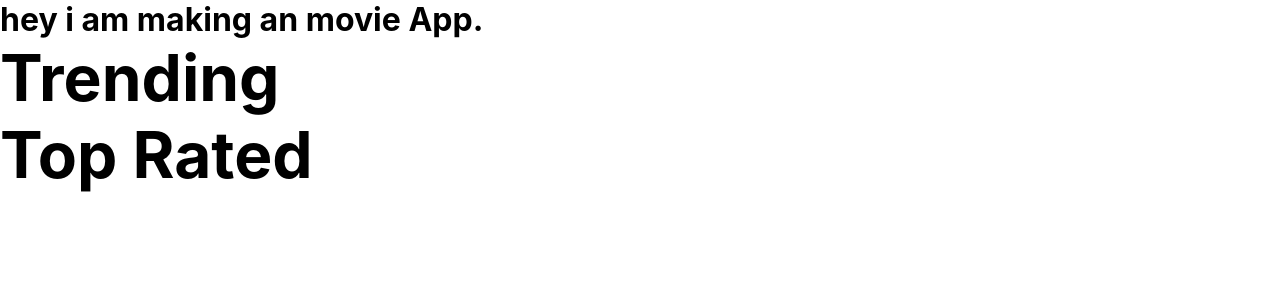
Repository: ramtoppo12/movieApp
Page: /
The author's editor kept a copy of each file at every save. The page is drawn from the files as they stood at one save, then again after the next save.
The browser window is 1280 px wide. The pictures show the whole page.
The project was rebuilt for these pictures with package versions that can differ from the ones it lists, and the page was loaded fresh each time. Also part of the build but not shown: src/App.css.

Above is the page before, as saved 2020-11-09 19:49:40.

After the next save:
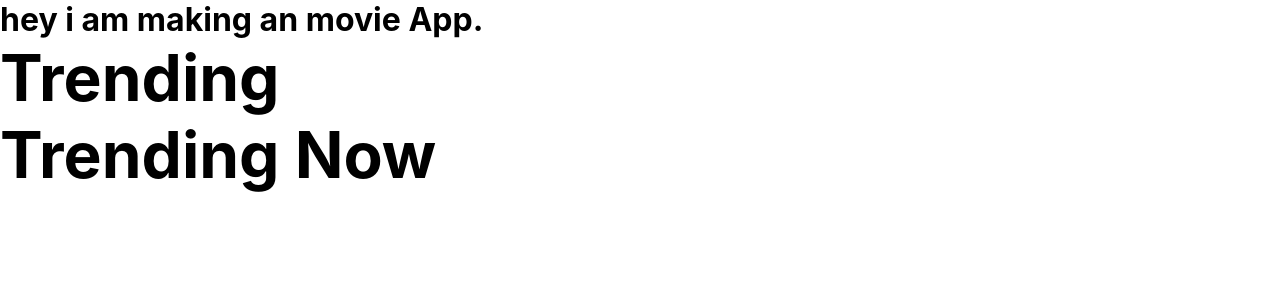
Saved 17 s later.
--- a/src/App.js
+++ b/src/App.js
@@ -9,7 +9,7 @@
       <h1>
         hey i am making an movie App.
         <Row title="Trending" fetchUrl={requests.fetchNetfixOriginals}/>
-        <Row title="Top Rated" fetchUrl={requests.fetchTrending}/>
+        <Row title="Trending Now" fetchUrl={requests.fetchTrending}/>
       </h1>
     </div>
   );
